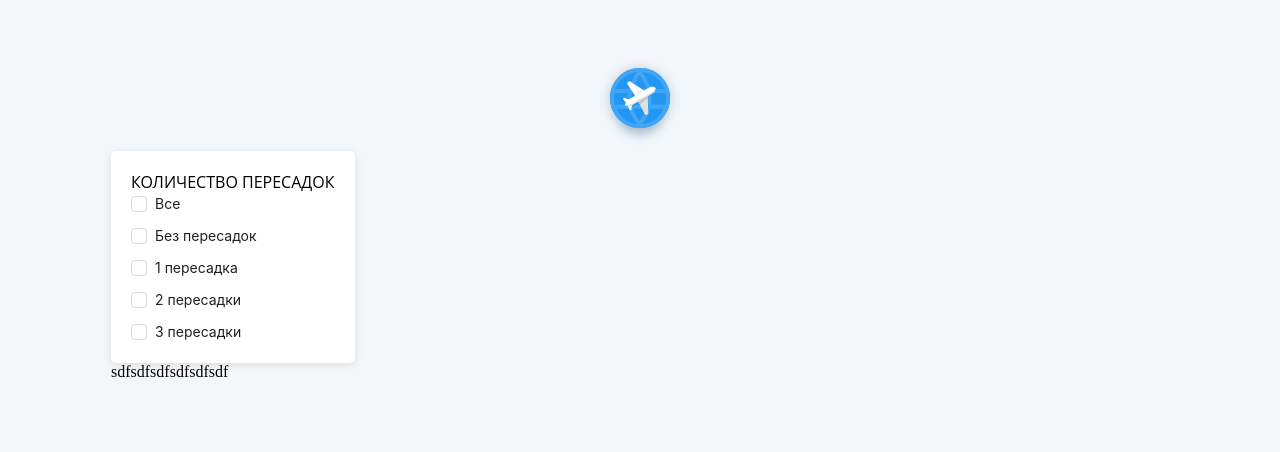
Repository: Dedoxa/aviasalesTickets
Page: /
These files come from the project's save history. The page is drawn as it stood at one moment and after the next save; the edit follows.
The browser window is 1280 px wide. The pictures show the whole page.
The project was rebuilt for these pictures with package versions that can differ from the ones it lists, and the page was loaded fresh each time. Also part of the build but not shown: vite.config.js.

Above is the page before, as saved 2024-10-19 16:14:47.

### index.html
<!doctype html>
<html lang="en">
  <head>
    <meta charset="UTF-8" />
    <meta name="viewport" content="width=device-width, initial-scale=1.0" />
    <title>AviasalesTickets</title>
  </head>
  <body>
    <div id="root"></div>
    <script type="module" src="/src/main.jsx"></script>
  </body>
</html>

### src/main.jsx
import { StrictMode } from 'react';
import { createRoot } from 'react-dom/client';

import App from './App.jsx';

createRoot(document.getElementById('root')).render(
  <StrictMode>
    <App />
  </StrictMode>
);

### src/App.jsx
// import React from 'react';

import TransferFilters from './TransferFilters/TransferFilters.jsx';
import AppIcon from './AppIcon/AppIcon.jsx';
import classes from './App.module.scss';

function App() {
  return (
    <main className={classes.App}>
      <AppIcon />
      <TransferFilters />
      <div className={classes.App['priceFiltersAndTicketsContainer']}>
        <span>sdfsdf</span>
        <span>sdfsdf</span>
        <span>sdfsdf</span>
      </div>
    </main>
  );
}

export default App;

### src/TransferFilters/TransferFilters.jsx
import { Checkbox } from 'antd';

import { contentBox } from '../App.module.scss';

import classes from './TransferFilters.module.scss';

const TransferFilters = () => {
  return (
    <>
      <div className={contentBox}>
        <span className={classes.title}>КОЛИЧЕСТВО ПЕРЕСАДОК</span>
        <div className={classes.checkboxContainer}>
          <Checkbox>Все</Checkbox>
          <Checkbox>Без пересадок</Checkbox>
          <Checkbox>1 пересадка</Checkbox>
          <Checkbox>2 пересадки</Checkbox>
          <Checkbox>3 пересадки</Checkbox>
        </div>
      </div>
    </>
  );
};

export default TransferFilters;

### src/AppIcon/AppIcon.jsx
import classes from './AppIcon.module.scss';

const AppIcon = () => {
  return (
    <div className={classes.AppIcon}>
      <img src="/public/img/Logo.svg" alt="AviasalesIcon" />
    </div>
  );
};

export default AppIcon;

### src/App.module.scss
@font-face {
  font-family: 'Open Sans';
  src: url('https://fonts.googleapis.com/css2?family=Open+Sans:ital,wght@0,300..800;1,300..800&display=swap');
}

.contentBox {
    display: inline-block;
    font-family: 'Open Sans', sans-serif;
    background-color: #fff;
    border-radius: 5px;
    box-shadow: 0 2px 8px 0 rgba(0, 0, 0, 0.1);
    padding: 20px;
  }

body {
  background-color: #f3f7fa;
  padding: 50px 103px;
}

.App {
    .priceFiltersAndTicketsContainer {
        display: flex;
        flex-direction: column;
    }
}

### src/TransferFilters/TransferFilters.module.scss
.title {
  margin-bottom: 20px;
}

.checkboxContainer {
  display: flex;
  flex-direction: column;
  gap: 10px;
}

### src/AppIcon/AppIcon.module.scss
.AppIcon {
    text-align: center;
}

After the next save:
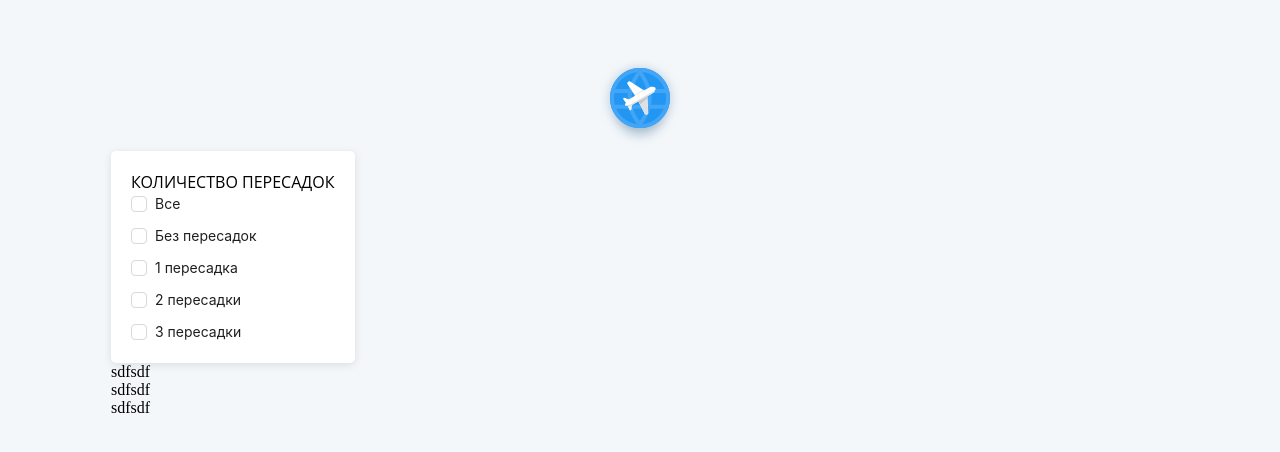
Saved 44 s later.
--- a/src/App.jsx
+++ b/src/App.jsx
@@ -10,9 +10,9 @@ function App() {
       <AppIcon />
       <TransferFilters />
       <div className={classes.App['priceFiltersAndTicketsContainer']}>
-        <span>sdfsdf</span>
-        <span>sdfsdf</span>
-        <span>sdfsdf</span>
+        <div>sdfsdf</div>
+        <div>sdfsdf</div>
+        <div>sdfsdf</div>
       </div>
     </main>
   );
